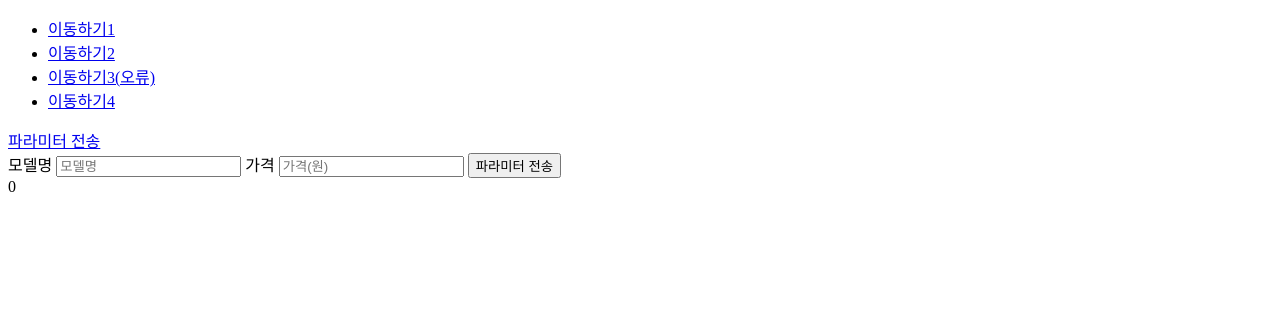
Repository: WONDongin/GoodeeAcademy_JAVA
Page: jsp_study/servletStudy/src/main/webapp/ex03_parameter/client.html
An editor plug-in stored every save of this project. The page is shown before and after the next save, followed by the edit.
The browser window is 1280 px wide. The pictures show the whole page.

Above is the page before, as saved 2025-04-01 03:12:56.

### jsp_study/servletStudy/src/main/webapp/ex03_parameter/client.html
<!DOCTYPE html>
<!-- /webapp/ex03_parameter/client.html -->
<html>
	<head>
	<meta charset="UTF-8">
	<title>Client</title>
	</head>
	<body>
		<ul>
			<li><a href="http://localhost:8080/servletStudy/GetServlet">이동하기1</a></li>
			<li><a href="/servletStudy/GetServlet">이동하기2</a></li>
			<!-- url에서 /로 시작하면 톰캣은 ContextPath로 인식  -->
			<li><a href="/GetServlet">이동하기3(오류)</a></li>
			<li><a href="GetServlet">이동하기4</a></li>
			<!--
			   http://localhost:8080/servletStudy/ex03_parameter/client.html
			=> http://localhost:8080/servletStudy/ex03_parameter/GetServlet 요청
			urlmapping HTML 경로에 따라서 실행 여부가 달라짐
			-->
		</ul>
		<div>
			<a href="/servletStudy/GetServlet?model=냉장고&price=200">파라미터 전송</a>
		</div>
		<div>
			<form action="/servletStudy/GetServlet">
				<!-- name: 파라미터값 -->
				<label for="model">모델명</label>
				<input type="text" id="model" name="model" placeHolder="모델명">
				<label for="price">가격</label>
				<input type="text" id="price" name="price" placeHolder="가격(원)">
				<button type="submit">파라미터 전송</button>
			</form>
		</div>
	</body>
</html>0

After the next save:
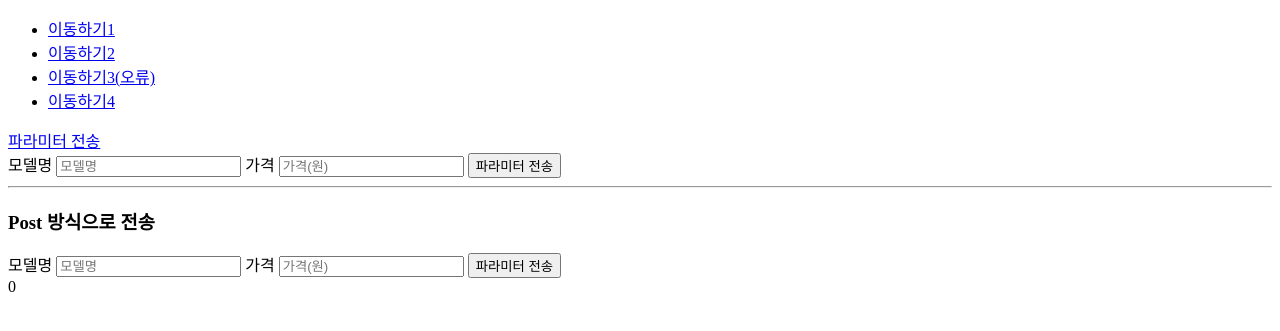
Saved 67 s later.
--- a/jsp_study/servletStudy/src/main/webapp/ex03_parameter/client.html
+++ b/jsp_study/servletStudy/src/main/webapp/ex03_parameter/client.html
@@ -31,5 +31,16 @@
 				<button type="submit">파라미터 전송</button>
 			</form>
 		</div>
+		<hr/>
+		<h3>Post 방식으로 전송</h3>
+		<div>
+			<form action="/servletStudy/PostServlet" method ="POST">
+				<label for="model">모델명</label>
+				<input type="text" id="model" name="model" placeHolder="모델명">
+				<label for="price">가격</label>
+				<input type="text" id="price" name="price" placeHolder="가격(원)">
+				<button type="submit">파라미터 전송</button>
+			</form>
+		</div>
 	</body>
 </html>0
